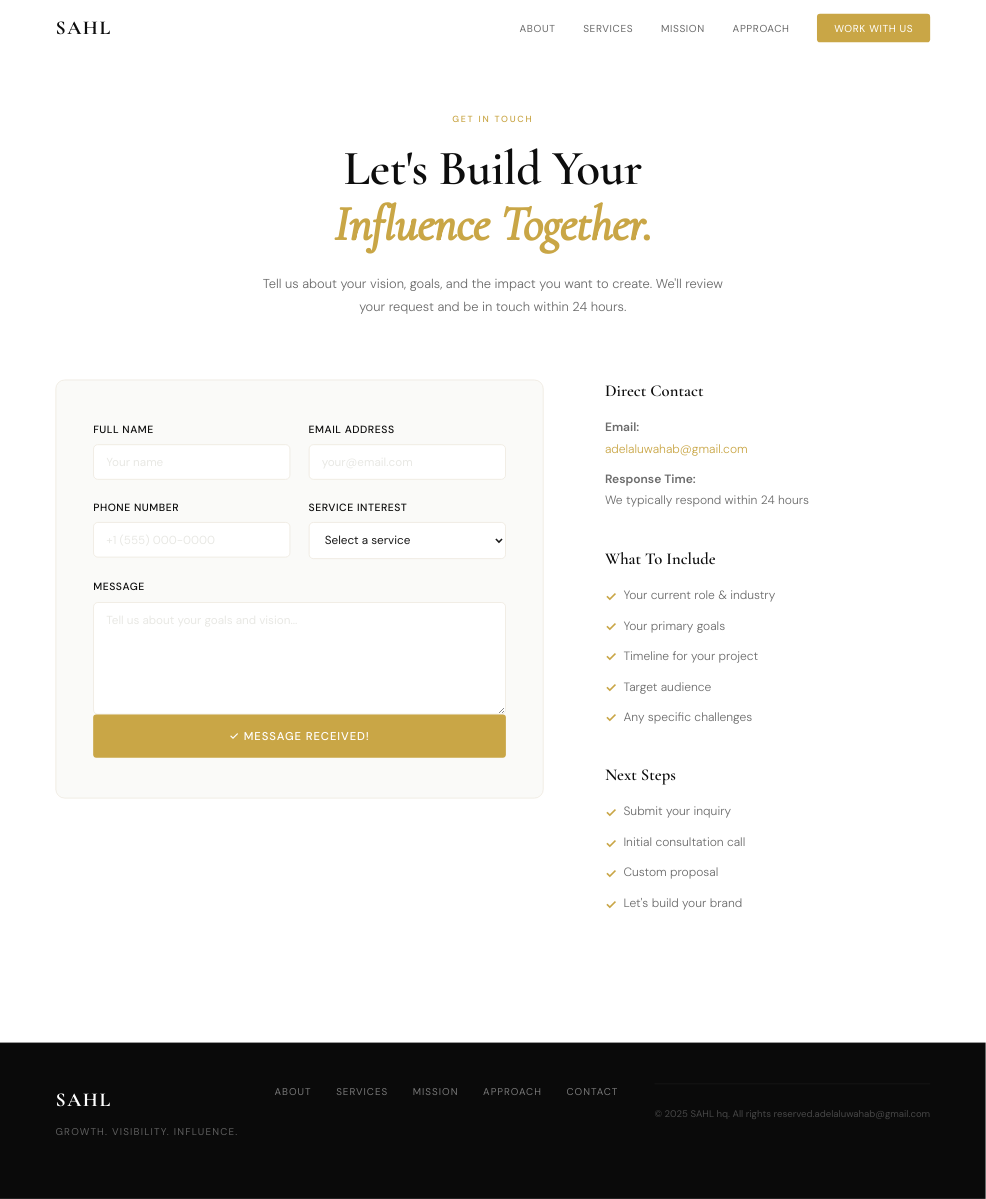
Repository: Olamilekan5177/sahl
Page: contact.html
These files come from the project's save history. The page is drawn as it stood at one moment and after the next save; the edit follows.
The browser window is 1280 px wide. The pictures show the whole page, at 77% of full size.
Empty fields were first filled with sample values (such as "Sample", 5 or name@example.com).
After loading, the first visible `#contact-form` was submitted once.

Above is the page before, as saved 2026-03-28 10:18:04.

### contact.html
<!doctype html>
<html lang="en">
  <head>
    <meta charset="UTF-8" />
    <meta name="viewport" content="width=device-width, initial-scale=1.0" />
    <title>Contact SAHL - Let's Work Together</title>
    <link rel="icon" type="image/png" href="Image/Sahl My new brand.png" />
    <link rel="stylesheet" href="styles.css" />
    <link
      href="https://fonts.googleapis.com/css2?family=Cormorant+Garamond:ital,wght@0,300;0,400;0,600;0,700;1,300;1,400&family=DM+Sans:wght@300;400;500;600&display=swap"
      rel="stylesheet"
    />
  </head>
  <body>
    <!-- NAV -->
    <nav class="nav" id="nav">
      <div class="nav__inner">
        <a href="index.html" class="nav__logo">SAHL</a>
        <ul class="nav__links">
          <li><a href="index.html#about">About</a></li>
          <li><a href="index.html#services">Services</a></li>
          <li><a href="index.html#mission">Mission</a></li>
          <li><a href="index.html#culture">Approach</a></li>
          <li><a href="contact.html" class="nav__cta">Work With Us</a></li>
        </ul>
        <button class="nav__hamburger" id="hamburger" aria-label="Toggle menu">
          <span></span><span></span><span></span>
        </button>
      </div>
      <div class="nav__mobile" id="mobileMenu">
        <ul>
          <li><a href="index.html#about">About</a></li>
          <li><a href="index.html#services">Services</a></li>
          <li><a href="index.html#mission">Mission</a></li>
          <li><a href="index.html#culture">Approach</a></li>
          <li><a href="contact.html">Work With Us</a></li>
        </ul>
      </div>
    </nav>

    <!-- CONTACT SECTION -->
    <section class="contact-page section">
      <div class="container">
        <div class="contact-page__header reveal">
          <span class="label">Get In Touch</span>
          <h1 class="contact-page__heading">
            Let's Build Your<br /><em>Influence Together.</em>
          </h1>
          <p class="contact-page__subtext">
            Tell us about your vision, goals, and the impact you want to create.
            We'll review your request and be in touch within 24 hours.
          </p>
        </div>

        <div class="contact-page__content">
          <div class="contact-page__form-wrap reveal">
            <form class="contact-form" id="contact-form">
              <input type="hidden" name="_subject" value="Thanks for contacting SAHL hq" />
              <input type="hidden" name="_autoresponse" value="Thanks for reaching out to SAHL hq! We've received your inquiry and will be in touch within 24 hours. Reply to this email if you'd like to add more details." />
              <input type="hidden" name="_replyto" id="_replyto" value="" />
              <div class="form__grid">
                <div class="form__group">
                  <label for="name" class="form__label form__label--light"
                    >Full Name</label
                  >
                  <input
                    type="text"
                    id="name"
                    name="name"
                    class="form__input form__input--light"
                    required
                    placeholder="Your name"
                  />
                </div>
                <div class="form__group">
                  <label for="email" class="form__label form__label--light"
                    >Email Address</label
                  >
                  <input
                    type="email"
                    id="email"
                    name="email"
                    class="form__input form__input--light"
                    required
                    placeholder="your@email.com"
                  />
                </div>
                <div class="form__group">
                  <label for="phone" class="form__label form__label--light"
                    >Phone Number</label
                  >
                  <input
                    type="tel"
                    id="phone"
                    name="phone"
                    class="form__input form__input--light"
                    placeholder="+1 (555) 000-0000"
                  />
                </div>
                <div class="form__group">
                  <label for="service" class="form__label form__label--light"
                    >Service Interest</label
                  >
                  <select
                    id="service"
                    name="service"
                    class="form__input form__input--light"
                  >
                    <option value="">Select a service</option>
                    <option value="personal-branding">Personal Branding</option>
                    <option value="storytelling">Storytelling</option>
                    <option value="public-speaking">Public Speaking</option>
                    <option value="content-creation">Content Creation</option>
                    <option value="other">Other</option>
                  </select>
                </div>
              </div>
              <div class="form__group form__group--full">
                <label for="message" class="form__label form__label--light"
                  >Message</label
                >
                <textarea
                  id="message"
                  name="message"
                  class="form__textarea form__input--light"
                  rows="6"
                  required
                  placeholder="Tell us about your goals and vision..."
                ></textarea>
              </div>
              <button type="submit" class="btn btn--gold btn--lg">
                Send Message
              </button>
            </form>
          </div>

          <div class="contact-page__info reveal reveal--right">
            <div class="contact-info">
              <h3>Direct Contact</h3>
              <p>
                <strong>Email:</strong><br />
                <a href="mailto:adelaluwahab@gmail.com"
                  >adelaluwahab@gmail.com</a
                >
              </p>
              <p>
                <strong>Response Time:</strong><br />
                We typically respond within 24 hours
              </p>
            </div>

            <div class="contact-info">
              <h3>What To Include</h3>
              <ul class="contact-checklist">
                <li>Your current role & industry</li>
                <li>Your primary goals</li>
                <li>Timeline for your project</li>
                <li>Target audience</li>
                <li>Any specific challenges</li>
              </ul>
            </div>

            <div class="contact-info">
              <h3>Next Steps</h3>
              <ol class="contact-checklist">
                <li>Submit your inquiry</li>
                <li>Initial consultation call</li>
                <li>Custom proposal</li>
                <li>Let's build your brand</li>
              </ol>
            </div>
          </div>
        </div>
      </div>
    </section>

    <!-- FOOTER -->
    <footer class="footer">
      <div class="container">
        <div class="footer__inner">
          <div class="footer__brand">
            <span class="nav__logo">SAHL</span>
            <p>Growth. Visibility. Influence.</p>
          </div>
          <div class="footer__links">
            <a href="index.html#about">About</a>
            <a href="index.html#services">Services</a>
            <a href="index.html#mission">Mission</a>
            <a href="index.html#culture">Approach</a>
            <a href="contact.html">Contact</a>
          </div>
        <div class="footer__bottom">
          <span>© 2025 SAHL hq. All rights reserved.</span>
          <span>adelaluwahab@gmail.com</span>
        </div>
      </div>
    </footer>

    <script src="script.js"></script>
  </body>
</html>

### script.js
/* ============================================================
   SAHL - script.js
   Scroll reveal · Nav scroll state · Mobile menu
   ============================================================ */

/* ── Scroll Reveal ──────────────────────────────────────────── */
(function () {
  const reveals = document.querySelectorAll(".reveal");

  const observer = new IntersectionObserver(
    (entries) => {
      entries.forEach((entry, i) => {
        if (entry.isIntersecting) {
          // Stagger siblings slightly
          const siblings = entry.target.closest(
            ".services__grid, .mv__grid, .diff__right, .about__stats",
          );
          let delay = 0;
          if (siblings) {
            const children = Array.from(siblings.querySelectorAll(".reveal"));
            delay = children.indexOf(entry.target) * 80;
          }
          setTimeout(() => {
            entry.target.classList.add("visible");
          }, delay);
          observer.unobserve(entry.target);
        }
      });
    },
    { threshold: 0.12, rootMargin: "0px 0px -40px 0px" },
  );

  reveals.forEach((el) => observer.observe(el));
})();

/* ── Nav Scroll State ───────────────────────────────────────── */
(function () {
  const nav = document.getElementById("nav");
  const SCROLL_THRESHOLD = 60;

  function updateNav() {
    if (window.scrollY > SCROLL_THRESHOLD) {
      nav.classList.add("scrolled");
    } else {
      nav.classList.remove("scrolled");
    }
  }

  window.addEventListener("scroll", updateNav, { passive: true });
  updateNav();
})();

/* ── Mobile Menu ────────────────────────────────────────────── */
(function () {
  const hamburger = document.getElementById("hamburger");
  const mobileMenu = document.getElementById("mobileMenu");

  hamburger.addEventListener("click", () => {
    const isOpen = mobileMenu.classList.toggle("open");
    hamburger.classList.toggle("open", isOpen);
    hamburger.setAttribute("aria-expanded", isOpen);
  });

  // Close on nav link click
  mobileMenu.querySelectorAll("a").forEach((link) => {
    link.addEventListener("click", () => {
      mobileMenu.classList.remove("open");
      hamburger.classList.remove("open");
      hamburger.setAttribute("aria-expanded", false);
    });
  });
})();

/* ── Hero content initial animation ────────────────────────── */
(function () {
  const heroContent = document.querySelector(".hero__content");
  if (heroContent) {
    // Hero enters immediately on load
    setTimeout(() => {
      heroContent.classList.add("visible");
    }, 200);
  }
})();
/* ── Contact Form Handler ─────────────────────────────────── */
(function () {
  const form = document.getElementById("contact-form");
  if (!form) return;

  form.addEventListener("submit", async (e) => {
    e.preventDefault();

    // Collect form data
    const formData = new FormData(form);
    const data = {
      name: formData.get("name"),
      email: formData.get("email"),
      phone: formData.get("phone"),
      service: formData.get("service"),
      message: formData.get("message"),
      _replyto: formData.get("email"),
      _subject: "Thanks for contacting SAHL hq",
      _autoresponse:
        "Thanks for reaching out to SAHL hq! We've received your inquiry and will be in touch within 24 hours. Reply to this email if you'd like to add more details.",
      timestamp: new Date().toLocaleString(),
    };

    const replyToInput = document.getElementById("_replyto");
    if (replyToInput) replyToInput.value = data._replyto;

    try {
      // Send to FormSubmit.co - you need to set up your email
      const response = await fetch("https://formspree.io/f/xlgpqykd", {
        method: "POST",
        body: JSON.stringify(data),
        headers: {
          "Content-Type": "application/json",
          Accept: "application/json",
        },
      });

      if (response.ok) {
        // Show success message
        const submitBtn = form.querySelector('button[type="submit"]');
        const originalText = submitBtn.textContent;
        submitBtn.textContent = "✓ Message Sent!";
        submitBtn.style.opacity = "0.7";

        // Reset form
        form.reset();

        // Restore button text after 3 seconds
        setTimeout(() => {
          submitBtn.textContent = originalText;
          submitBtn.style.opacity = "1";
        }, 3000);
      } else {
        alert("There was an issue sending your message. Please try again.");
      }
    } catch (error) {
      // Fallback: Log locally and show message
      console.log("Form Data:", data);
      const submitBtn = form.querySelector('button[type="submit"]');
      const originalText = submitBtn.textContent;
      submitBtn.textContent = "✓ Message Received!";
      form.reset();
      setTimeout(() => {
        submitBtn.textContent = originalText;
      }, 3000);
    }
  });
})();

Loaded but not shown: styles.css (1220 lines, source omitted)

After the next save:
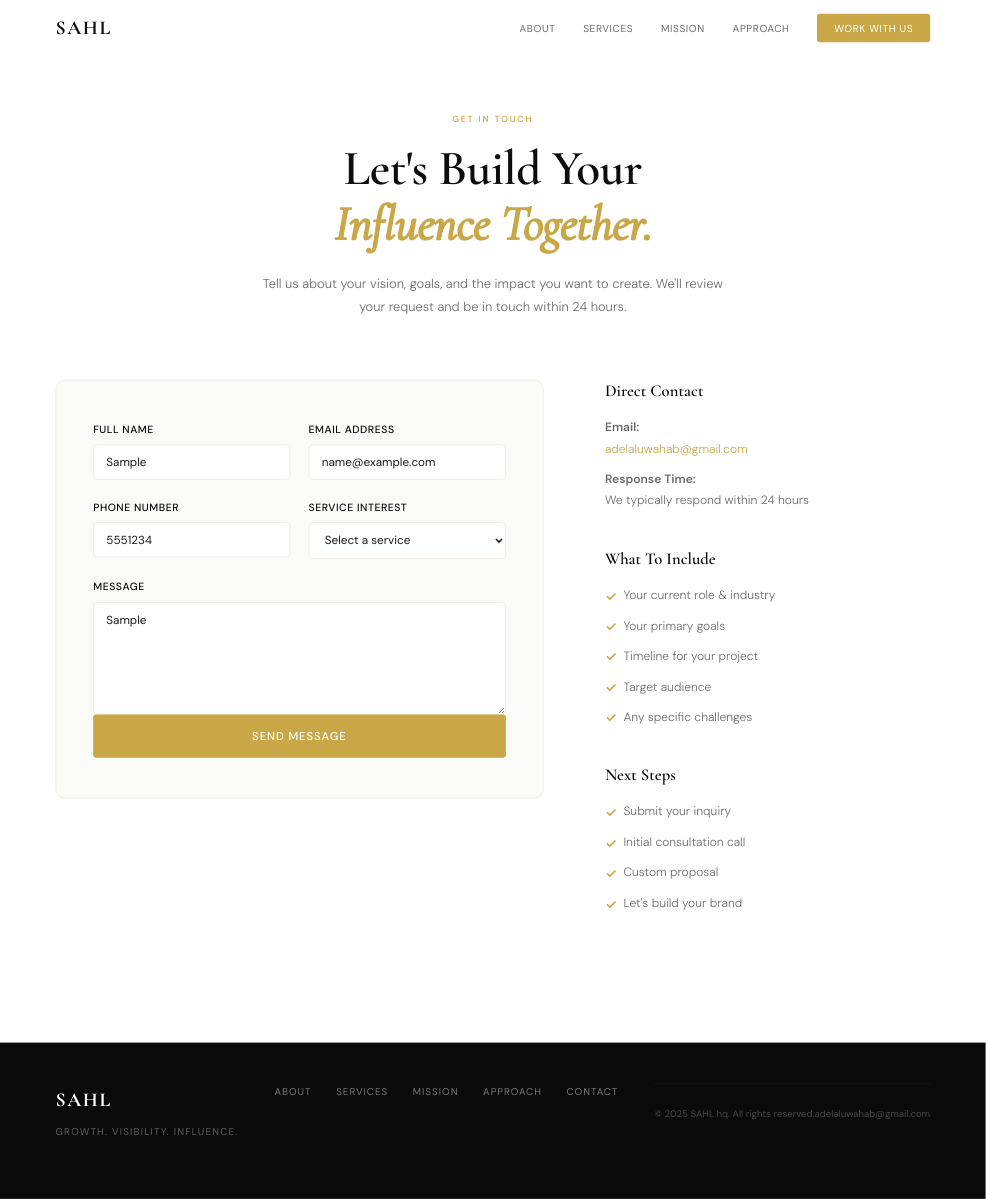
Console error: ReferenceError: data is not defined
Saved 4 min 16 s later.
--- a/script.js
+++ b/script.js
@@ -91,29 +91,15 @@
 
     // Collect form data
     const formData = new FormData(form);
-    const data = {
-      name: formData.get("name"),
-      email: formData.get("email"),
-      phone: formData.get("phone"),
-      service: formData.get("service"),
-      message: formData.get("message"),
-      _replyto: formData.get("email"),
-      _subject: "Thanks for contacting SAHL hq",
-      _autoresponse:
-        "Thanks for reaching out to SAHL hq! We've received your inquiry and will be in touch within 24 hours. Reply to this email if you'd like to add more details.",
-      timestamp: new Date().toLocaleString(),
-    };
-
-    const replyToInput = document.getElementById("_replyto");
-    if (replyToInput) replyToInput.value = data._replyto;
+    formData.set("_replyto", formData.get("email"));
+    formData.set("timestamp", new Date().toLocaleString());
 
     try {
-      // Send to FormSubmit.co - you need to set up your email
+      // Send to Formspree using a normal form submission so hidden autoresponse fields are processed correctly
       const response = await fetch("https://formspree.io/f/xlgpqykd", {
         method: "POST",
-        body: JSON.stringify(data),
+        body: formData,
         headers: {
-          "Content-Type": "application/json",
           Accept: "application/json",
         },
       });
